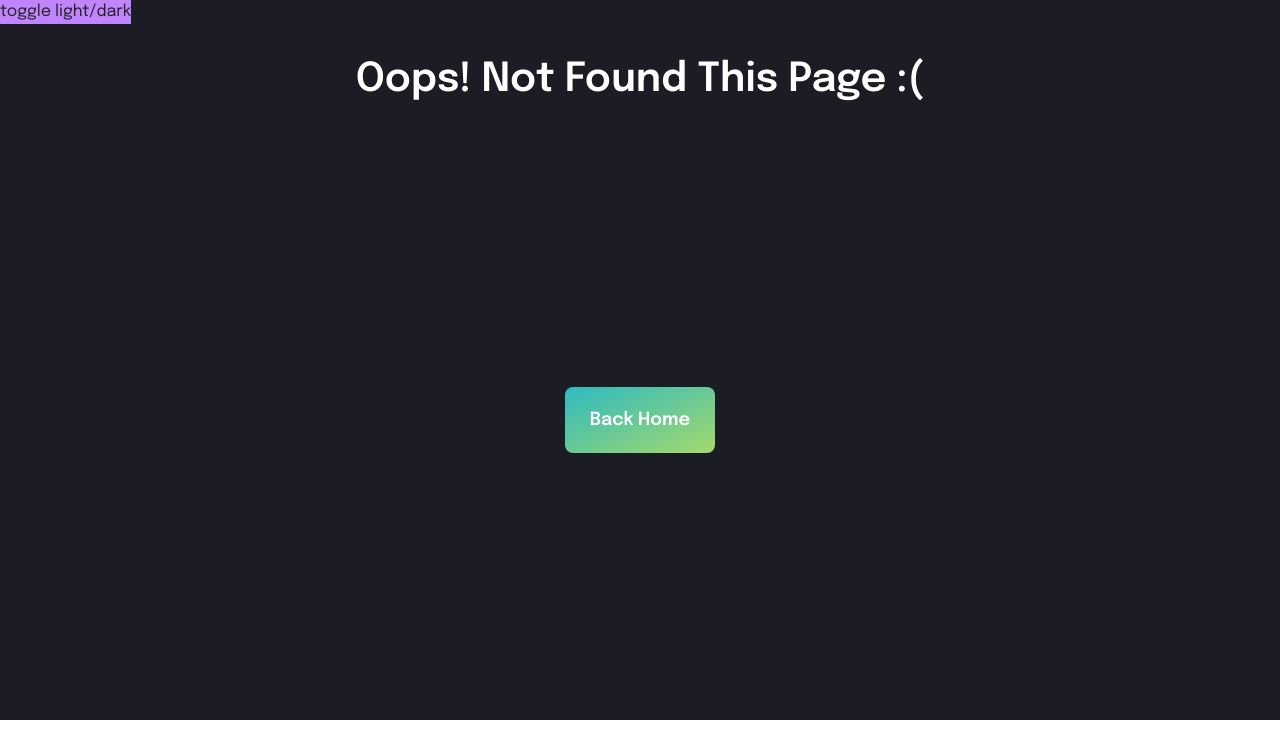
Repository: thanhdinh01/monkey-website
Page: /manage/post
An editor plug-in stored every save of this project. The page is shown before and after the next save, followed by the edit.
The browser window is 1280 px wide. The pictures show the whole page.
The page's requests for data from a server got no answer. The project was rebuilt for these pictures with package versions that can differ from the ones it lists, and the page was loaded fresh each time. Some packages were replaced by stand-ins written for this rebuild. No one was signed in, and anything a server would have sent is missing. Also part of the build but not shown: src/App.css, src/pages/DashboardPage.js, src/module/post/component/PostCategory.js, src/module/post/component/PostMeta.js, src/module/post/component/PostTitle.js, src/components/layout/Heading.js, src/module/post/PostRelatedItem.js, src/module/post/PostRelated.js and 41 more. Imported but missing from the stored project, and not drawn on this page: src/components/icon, src/components/layout/Layout.

Above is the page before, as saved 2023-06-22 08:32:37.

### public/index.html
<!DOCTYPE html>
<html lang="en">
  <head>
    <meta charset="utf-8" />
    <link rel="icon" href="%PUBLIC_URL%/favicon.ico" />
    <meta name="viewport" content="width=device-width, initial-scale=1" />
    <meta name="theme-color" content="#000000" />
    <meta
      name="description"
      content="Web site created using create-react-app"
    />
    <link rel="apple-touch-icon" href="%PUBLIC_URL%/logo192.png" />
    <!--
      manifest.json provides metadata used when your web app is installed on a
      user's mobile device or desktop. See https://developers.google.com/web/fundamentals/web-app-manifest/
    -->
    <link rel="manifest" href="%PUBLIC_URL%/manifest.json" />
    <!--
      Notice the use of %PUBLIC_URL% in the tags above.
      It will be replaced with the URL of the `public` folder during the build.
      Only files inside the `public` folder can be referenced from the HTML.

      Unlike "/favicon.ico" or "favicon.ico", "%PUBLIC_URL%/favicon.ico" will
      work correctly both with client-side routing and a non-root public URL.
      Learn how to configure a non-root public URL by running `npm run build`.
    -->
    <link rel="preconnect" href="https://fonts.googleapis.com" />
    <link rel="preconnect" href="https://fonts.gstatic.com" crossorigin />
    <link
      href="https://fonts.googleapis.com/css2?family=Epilogue:wght@300;400;500;600;700&display=swap"
      rel="stylesheet"
    />
    <title>Monkey Blogging App</title>
  </head>
  <body>
    <noscript>You need to enable JavaScript to run this app.</noscript>
    <div id="root"></div>
    <!--
      This HTML file is a template.
      If you open it directly in the browser, you will see an empty page.

      You can add webfonts, meta tags, or analytics to this file.
      The build step will place the bundled scripts into the <body> tag.

      To begin the development, run `npm start` or `yarn start`.
      To create a production bundle, use `npm run build` or `yarn build`.
    -->
  </body>
</html>

### src/index.js
import React from "react";
import ReactDOM from "react-dom/client";
import App from "./App";
import "./styles/index.scss";
import reportWebVitals from "./reportWebVitals";
import { GlobalStyles } from "./styles/GlobalStyles";
import { BrowserRouter } from "react-router-dom";
import { ToastContainer } from "react-toastify";
import "react-toastify/dist/ReactToastify.css";
import { Provider } from "react-redux";
import { store } from "./store/configStore";

const root = ReactDOM.createRoot(document.getElementById("root"));
root.render(
  <Provider store={store}>
    <React.StrictMode>
      <GlobalStyles></GlobalStyles>
      <BrowserRouter>
        <App />
        <ToastContainer limit={5}></ToastContainer>
      </BrowserRouter>
    </React.StrictMode>
  </Provider>
);

reportWebVitals();

### src/App.js
import { Route, Routes } from "react-router-dom";
import { ThemeProvider } from "styled-components";
import { themeDark, themeLight } from "./utils/constants";
import "./App.css";
import { AuthProvider } from "./contexts/authContext";
import DashboardPage from "./pages/DashboardPage";
import DetailPage from "./pages/DetailPage";
import HomePage from "./pages/HomePage";
import NotFoundPage from "./pages/NotFoundPage";
import SignInPage from "./pages/SignInPage";
import SignupPage from "./pages/SignupPage";
import DashboardLayout from "./module/dashboard/DashboardLayout";
import PostManage from "./module/post/PostManage";
import PostAddNew from "./module/post/PostAddNew";
import CategoryManage from "./module/category/CategoryManage";
import CategoryAddNew from "./module/category/CategoryAddNew";
import CategoryUpdate from "./module/category/CategoryUpdate";
import UserManage from "./module/user/UserManage";
import UserAddNew from "./module/user/UserAddNew";
import UserUpdate from "./module/user/UserUpdate";
import PostUpdate from "./module/post/PostUpdate";
import { useEffect, useState } from "react";
import CategoryPage from "./pages/CategoryPage";
import AuthorPage from "./pages/AuthorPage";
import UserProfile from "./module/user/UserProfile";
import { useDispatch, useSelector } from "react-redux";
import { setLight } from "./store/global/globalSlice";
import SearchPage from "./pages/SearchPage";

function App() {
  const [showTop, setShowTop] = useState(false);
  const { posts } = useSelector((state) => state.global);
  let { toggleLight } = useSelector((state) => state.global);
  const dispatch = useDispatch();
  console.log(posts);

  useEffect(() => {
    const toggleToTop = () => {
      if (document.documentElement.scrollTop > 1000) setShowTop(true);
      else setShowTop(false);
    };
    window.addEventListener("scroll", toggleToTop);
    return () => {
      window.removeEventListener("scroll", toggleToTop);
    };
  }, []);

  useEffect(() => {
    console.log("in useEffect");
    const isLight = JSON.parse(localStorage.getItem("setLight"));
    dispatch(setLight(isLight));
  }, [dispatch]);

  const handleToTop = () => {
    window.scroll({
      top: 0,
      left: 0,
      behavior: "smooth",
    });
  };
  return (
    <AuthProvider>
      <ThemeProvider theme={toggleLight ? themeLight : themeDark}>
        <Routes>
          <Route path="/" element={<HomePage></HomePage>}></Route>
          <Route path="/sign-up" element={<SignupPage></SignupPage>}></Route>
          <Route path="/sign-in" element={<SignInPage></SignInPage>}></Route>
          <Route path="/post/:slug" element={<DetailPage></DetailPage>}></Route>

          <Route
            path="/category/:category"
            element={<CategoryPage></CategoryPage>}
          ></Route>
          <Route
            path="/author/:author"
            element={<AuthorPage></AuthorPage>}
          ></Route>
          <Route path="/search" element={<SearchPage></SearchPage>}></Route>
          <Route element={<DashboardLayout></DashboardLayout>}>
            <Route
              path="/myprofile"
              element={<UserProfile></UserProfile>}
            ></Route>
            <Route
              path="/dashboard"
              element={<DashboardPage></DashboardPage>}
            ></Route>
            <Route
              path="/manage/post"
              element={<PostManage></PostManage>}
            ></Route>
            <Route
              path="/manage/add-post"
              element={<PostAddNew></PostAddNew>}
            ></Route>
            <Route
              path="/manage/update-post"
              element={<PostUpdate></PostUpdate>}
            ></Route>
            <Route
              path="/manage/category"
              element={<CategoryManage></CategoryManage>}
            ></Route>
            <Route
              path="/manage/add-category"
              element={<CategoryAddNew></CategoryAddNew>}
            ></Route>
            <Route
              path="/manage/update-category"
              element={<CategoryUpdate></CategoryUpdate>}
            ></Route>
            <Route
              path="/manage/user"
              element={<UserManage></UserManage>}
            ></Route>
            <Route
              path="/manage/add-user"
              element={<UserAddNew></UserAddNew>}
            ></Route>
            <Route
              path="/manage/update-user"
              element={<UserUpdate></UserUpdate>}
            ></Route>
          </Route>
          <Route path="*" element={<NotFoundPage></NotFoundPage>}></Route>
        </Routes>
        <button
          onClick={handleToTop}
          className={`${
            showTop ? "opacity-70 visible" : "opacity-0 invisible"
          } fixed bottom-6 right-6 bg-[#2EBAC1] rounded-full text-white font-bold w-16 h-16 flex items-center justify-center transition-all`}
        >
          <svg
            xmlns="http://www.w3.org/2000/svg"
            fill="none"
            viewBox="0 0 24 24"
            strokeWidth="1.5"
            stroke="currentColor"
            className="w-8 h-8"
          >
            <path
              strokeLinecap="round"
              strokeLinejoin="round"
              d="M4.5 12.75l7.5-7.5 7.5 7.5m-15 6l7.5-7.5 7.5 7.5"
            />
          </svg>
        </button>
        <button
          className="bg-purple-400 fixed top-0 left-0"
          onClick={() => {
            dispatch(setLight(!toggleLight));
            localStorage.setItem("setLight", !toggleLight);
          }}
        >
          toggle light/dark
        </button>
      </ThemeProvider>
    </AuthProvider>
  );
}

export default App;

### src/styles/index.scss
// @import "tailwindcss/base";

// @import "tailwindcss/components";

// @import "tailwindcss/utilities";
@import "content";
@tailwind base;
@tailwind components;
@tailwind utilities;
*,
*::before,
*::after {
  box-sizing: border-box;
}
* {
  margin: 0;
  padding: 0;
  list-style: none;
}

html,
body {
  height: 100%;
}
body {
  line-height: 1.5;
  -webkit-font-smoothing: antialiased;
  -webkit-tap-highlight-color: rgba(0, 0, 0, 0);
  font-family: "Epilogue", sans-serif;
  color: #232323;
}

img,
picture,
video,
canvas,
svg {
  display: block;
  max-width: 100%;
}
input,
button,
textarea,
select {
  font: inherit;
  outline: none;
  border: none;
}
p,
h1,
h2,
h3,
h4,
h5,
h6 {
  overflow-wrap: break-word;
}

a {
  text-decoration: none;
}

.container {
  width: 100%;
  max-width: 1260px;
  margin: 0 auto;
  padding: 0 20px;
}
.container-1600 {
  width: 100%;
  max-width: 1600px;
  margin: 0 auto;
  padding: 0 20px;
}

.input-error {
  color: #ff3333;
}

.btn-center {
  margin: 0 auto;
}

.btn-navigate {
  height: 100%;
  display: inline-flex;
  align-items: center;
}

.grid-layout {
  display: grid;
  grid-template-columns: repeat(3, 1fr);
  gap: 40px;
}

.grid-addnew {
  display: grid;
  grid-template-columns: 1fr 1fr;
  grid-gap: 40px;
  margin-bottom: 40px;
}

### src/styles/GlobalStyles.js
import { createGlobalStyle } from "styled-components";
import { GlobalClasses } from "./GlobalClasses";

export const GlobalStyles = createGlobalStyle`
    ${GlobalClasses}
`;

### src/store/configStore.js
import { configureStore } from "@reduxjs/toolkit";
import logger from "redux-logger";
import { reducers } from "./reducers";

export const store = configureStore({
  reducer: reducers,
  middleware: (getDefaultMiddleware) => getDefaultMiddleware().concat(logger),
});

### src/pages/NotFoundPage.js
import React from "react";
import styled from "styled-components";
import { Button } from "../components/button";

const NotFoundStyled = styled.div`
  background-color: ${(props) => props.theme.body};
  color: ${(props) => props.theme.textInput};
  height: 100vh;
  padding: 50px;
  text-align: center;
  font-size: 40px;
  font-weight: 600;
`;

const NotFoundPage = () => {
  return (
    <NotFoundStyled>
      <p>Oops! Not Found This Page :( </p>
      <Button type="button" to="/" kind="primary">
        Back Home
      </Button>
    </NotFoundStyled>
  );
};

export default NotFoundPage;

### src/module/dashboard/DashboardLayout.js
import React from "react";
import styled from "styled-components";
import DashboardHeader from "./DashboardHeader";
import DashboardSidebar from "./DashboardSidebar";
import { Outlet } from "react-router-dom";
import { useAuth } from "../../contexts/authContext";
import NotFoundPage from "../../pages/NotFoundPage";

const DashboardContainerStyled = styled.div`
  background-color: ${(props) => props.theme.body};
`;

const DashboardLayoutStyled = styled.div`
  .dashboard-main {
    padding: 40px 0;
    display: grid;
    grid-template-columns: 300px minmax(0, 1fr);
    grid-gap: 40px;
  }
`;

const DashboardLayout = () => {
  const { authUser } = useAuth();
  if (!authUser) return <NotFoundPage></NotFoundPage>;

  return (
    <DashboardContainerStyled className="container-1600">
      <DashboardLayoutStyled>
        <DashboardHeader></DashboardHeader>
        <div className="dashboard-main">
          <DashboardSidebar></DashboardSidebar>
          <div className="dashboard-children">
            <Outlet></Outlet>
          </div>
        </div>
      </DashboardLayoutStyled>
    </DashboardContainerStyled>
  );
};

export default DashboardLayout;

### src/store/global/globalSlice.js
import { createSlice } from "@reduxjs/toolkit";

export const globalSlice = createSlice({
  name: "global",
  initialState: {
    user: {},
    toggleLight: true,
    posts: [],
  },
  reducers: {
    setUser: (state, actions) => ({
      ...state,
      user: actions.payload,
    }),
    setPosts: (state, actions) => ({
      ...state,
      posts: actions.payload,
    }),
    setLight: (state, actions) => ({
      ...state,
      toggleLight: actions.payload,
    }),
  },
});

export const { setPosts, setLight, setUser } = globalSlice.actions;
export default globalSlice.reducer;

### src/styles/_content.scss
$black23: #232323;

.entry-content .ql-snow .ql-editor {
  font-family: "Epilogue", sans-serif;
  font-size: 16px;

  h2,
  h3,
  h4 {
    font-weight: bold;
    margin-bottom: 20px;
  }
  h2 {
    font-size: 32px;
  }
  h3 {
    font-size: 26px;
  }
  h4 {
    font-size: 22px;
  }
  p {
    margin-bottom: 20px;
    line-height: 2;
  }
  figure {
    margin-bottom: 20px;
  }
  figure img {
    border-radius: 20px;
    margin-bottom: 10px;
  }
  figcaption {
    text-align: center;
    font-style: italic;
    font-size: 14px;
    color: #6b6b6b;
  }
  ul {
    list-style-type: disc;
  }
  ol {
    list-style: decimal;
  }
  ul,
  ol {
    margin-bottom: 20px;
    padding-left: 40px;
    margin-left: 0;
    li {
      margin-bottom: 10px;
    }
  }
  img {
    border-radius: 8px;
    margin-bottom: 30px;
  }
  @media screen and (max-width: 1023.98px) {
    font-size: 14px;
    h2 {
      font-size: 26px;
    }
    h3 {
      font-size: 24px;
    }
    h4 {
      font-size: 20px;
    }
  }
}

.chapter {
  margin-bottom: 35px;
  h1,
  h2,
  h3,
  h4 {
    color: $black23;
    font-weight: 700;
    margin-bottom: 25px;
  }

  h1 {
    font-size: 38px;
  }
  h2 {
    font-size: 32px;
  }
  h3 {
    font-size: 26px;
  }
  h4 {
    font-size: 22px;
  }
  p {
    color: rgb(35, 35, 35);
    font-size: 20px;
    margin-bottom: 40px;
  }
  img {
    max-width: 820px;
    width: 100%;
    max-height: 500px;
    border-radius: 16px;
    object-fit: cover;
  }
  .ql-align-justify {
    text-align: justify;
  }
  .ql-align-center {
    text-align: center;
  }
  .ql-align-right {
    text-align: right;
  }
  ul {
    list-style-type: disc;
  }
  ol {
    list-style: decimal;
  }
  ul,
  ol {
    margin-bottom: 20px;
    padding-left: 40px;
    margin-left: 0;
    li {
      margin-bottom: 10px;
    }
  }
}

.quill {
  position: relative;
  .ql-toolbar {
    position: sticky;
    top: 0;
    z-index: 10;
    background-color: white;
  }
}

### src/store/reducers.js
import { combineReducers } from "@reduxjs/toolkit";
import globalSlice from "./global/globalSlice";
import totalSearchSlice from "./total-search/totalSearchSlice";

export const reducers = combineReducers({
  global: globalSlice,
  search: totalSearchSlice,
});

### src/firebase/firebase-config.js
import { initializeApp } from "firebase/app";
import { getFirestore } from "firebase/firestore";
import { getAuth } from "firebase/auth";
const firebaseConfig = {
  apiKey: "AIzaSyB2QxGuflp6NCrwJTAiPLWVlIdHVZji4HU",
  authDomain: "monkey-website-86626.firebaseapp.com",
  projectId: "monkey-website-86626",
  storageBucket: "monkey-website-86626.appspot.com",
  messagingSenderId: "478713936881",
  appId: "1:478713936881:web:4e3cb7f9f1981d9c9a2250",
};

const app = initializeApp(firebaseConfig);
export const db = getFirestore(app);
export const auth = getAuth(app);

### src/module/dashboard/DashboardHeading.js
import React from "react";
import styled from "styled-components";
const LabelDashboardStyled = styled.div`
  margin-bottom: 60px;
  h1 {
    font-weight: 600;
    font-size: 36px;
    color: ${(props) => props.theme.primary};
  }

  p {
    font-weight: 400;
    font-size: 18px;
    color: #898989;
  }
`;

const DashboardHeading = ({ title = "", desc = "" }) => {
  return (
    <LabelDashboardStyled>
      <h1>{title}</h1>
      <p>{desc}</p>
    </LabelDashboardStyled>
  );
};

export default DashboardHeading;

### src/module/post/component/PostImage.js
import React from "react";
import styled from "styled-components";
import PropTypes from "prop-types";

const PostImageStyled = styled.div`
  flex-shrink: 0;
  width: ${(props) => props.width || "auto"};
  height: ${(props) => props.height || "auto"};
  border-radius: ${(props) => props.radius || "16px"};
  overflow: hidden;
  img {
    width: 100%;
    height: 100%;
    object-fit: cover;
  }
`;

/**
 * @param {string} width default: auto
 * @param {string} height default: auto
 * @param {string} radius default: 16px
 *
 * */

const PostImage = ({
  className = "",
  width = "",
  height = "",
  radius = "",

  src = "https://media.istockphoto.com/id/924949200/vector/404-error-page-or-file-not-found-icon.jpg?s=170667a&w=0&k=20&c=gsR5TEhp1tfg-qj1DAYdghj9NfM0ldfNEMJUfAzHGtU=",
  ...props
}) => {
  return (
    <PostImageStyled
      className={className}
      width={width}
      height={height}
      radius={radius}
      {...props}
    >
      <img src={src} alt="" />
    </PostImageStyled>
  );
};

PostImage.propTypes = {
  width: PropTypes.string,
  height: PropTypes.string,
  radius: PropTypes.string,
  className: PropTypes.string,
  src: PropTypes.string,
};

export default PostImage;

### src/components/label/index.js
export { default as Label } from "./Label";

export { default as LabelStatus } from "./LabelStatus";

### src/store/total-search/totalSearchSlice.js
import { createSlice } from "@reduxjs/toolkit";
import { handleSearchPost } from "./handler";

export const totalSearchSlice = createSlice({
  name: "search",
  initialState: {
    posts: [],
    loadingSearch: false,
    query: "",
  },
  reducers: {
    setPosts: (state, actions) => ({
      ...state,
      posts: actions.payload,
    }),
    setQuery: (state, actions) => ({
      ...state,
      query: actions.payload,
    }),
  },
  extraReducers: (builder) => {
    builder
      .addCase(handleSearchPost.fulfilled, (state, actions) => {
        state.posts = actions.payload;
        state.loadingSearch = false;
      })
      .addCase(handleSearchPost.pending, (state, actions) => {
        state.loadingSearch = true;
      })
      .addCase(handleSearchPost.rejected, (state, actions) => {
        state.loadingSearch = false;
      });
  },
});

export const { setPosts, setQuery } = totalSearchSlice.actions;
export default totalSearchSlice.reducer;

### src/components/table/Table.js
import React from "react";
import styled from "styled-components";

const TableStyled = styled.div`
  border-radius: 16px;
  overflow: hidden;
  margin-bottom: 40px;
  table {
    width: 100%;
    background-color: ${(props) => props.theme.bodyThird};
    thead {
      background-color: ${(props) => props.theme.bgInput};
      color: ${(props) => props.theme.textInput};
    }
    th {
      padding: 20px 15px;
      text-align: left;
      font-weight: 600;
    }
    td {
      padding: 15px;
    }
    .text-desc {
      color: ${(props) => props.theme.grey80};
    }
  }
`;

const Table = ({ children }) => {
  return <TableStyled>{children}</TableStyled>;
};

export default Table;

### src/components/loading/index.js
import Loading from "./Loading";

export { Loading };

Loaded but not shown: src/reportWebVitals.js (common file); src/styles/GlobalClasses.js (common file); src/components/button/index.js (common file); src/components/table/index.js (common file); tailwind.config.js (common file); src/module/dashboard/DashboardSidebar.js (245 lines, source omitted); src/module/post/PostManage.js (210 lines, source omitted); src/module/dashboard/DashboardHeader.js (144 lines, source omitted); src/utils/constants.js (90 lines, source omitted); src/components/button/Button.js (81 lines, source omitted); src/store/total-search/handler.js (57 lines, source omitted); src/contexts/authContext.js (50 lines, source omitted)

After the next save:
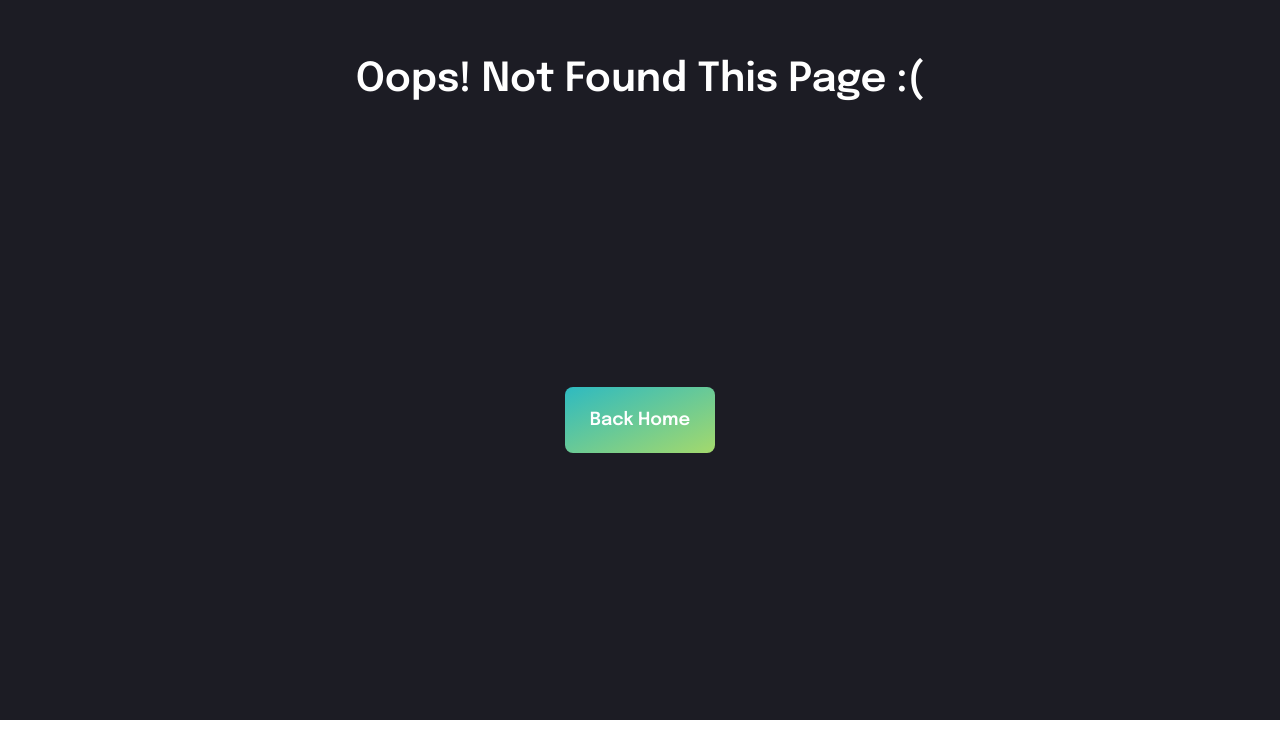
Saved 8 h 46 min later.
--- a/src/App.js
+++ b/src/App.js
@@ -145,15 +145,6 @@
             />
           </svg>
         </button>
-        <button
-          className="bg-purple-400 fixed top-0 left-0"
-          onClick={() => {
-            dispatch(setLight(!toggleLight));
-            localStorage.setItem("setLight", !toggleLight);
-          }}
-        >
-          toggle light/dark
-        </button>
       </ThemeProvider>
     </AuthProvider>
   );

After the save that followed:
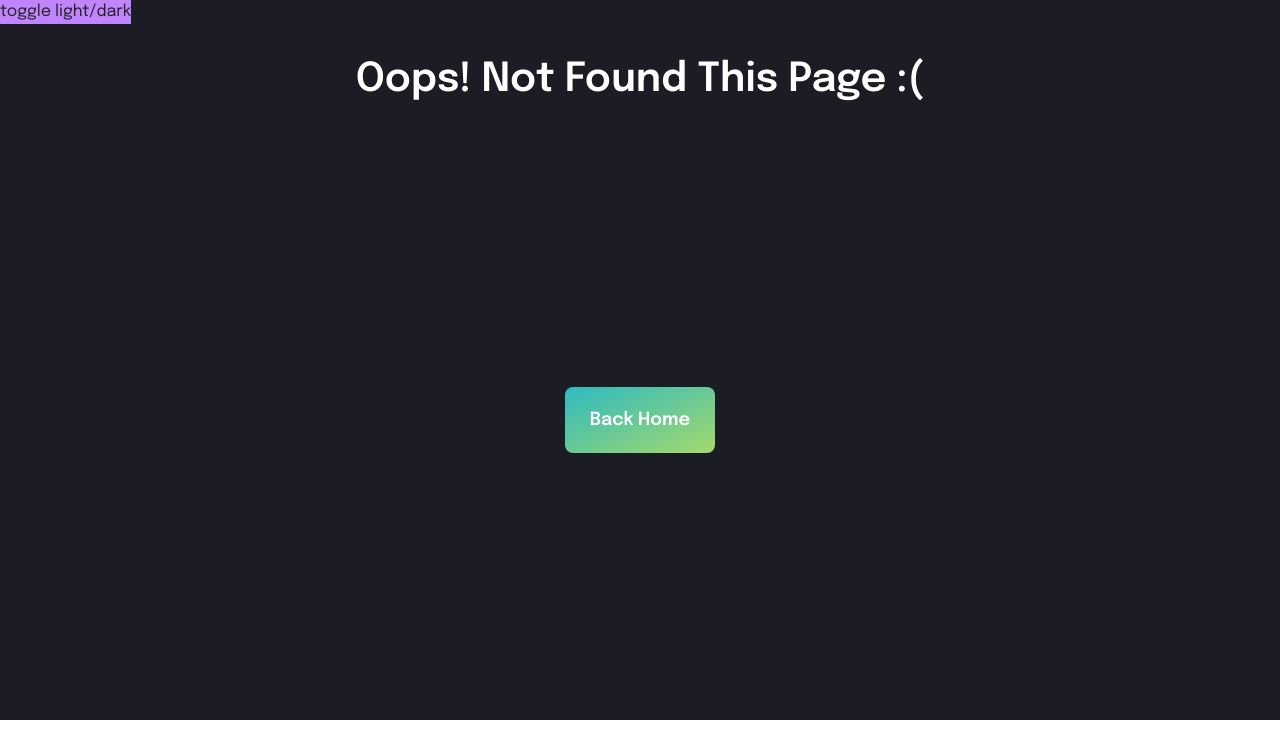
Saved 30 s later.
--- a/src/App.js
+++ b/src/App.js
@@ -145,6 +145,15 @@
             />
           </svg>
         </button>
+        <button
+          className="fixed top-0 left-0 bg-purple-400"
+          onClick={() => {
+            dispatch(setLight(!toggleLight));
+            localStorage.setItem("setLight", !toggleLight);
+          }}
+        >
+          toggle light/dark
+        </button>
       </ThemeProvider>
     </AuthProvider>
   );
